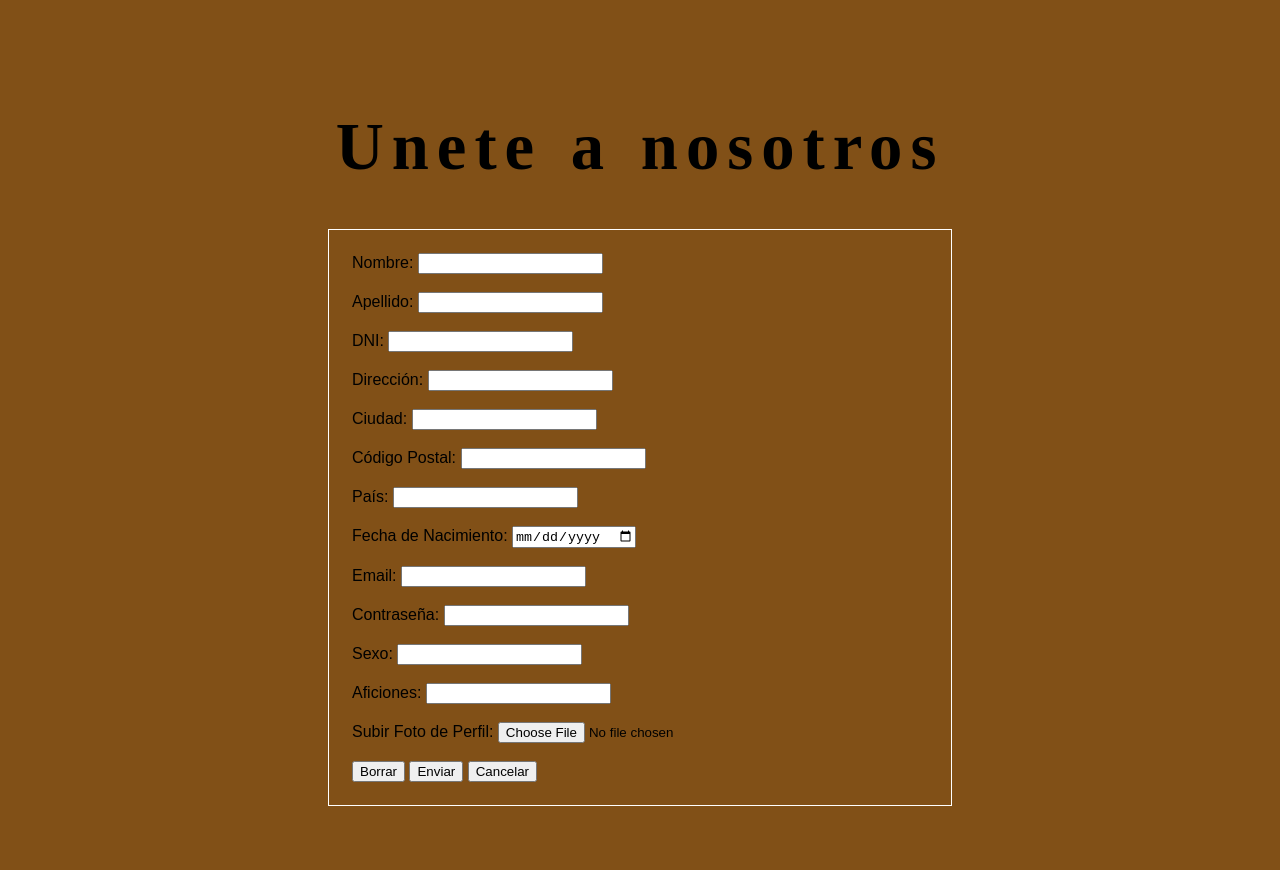
Repository: demoniers/demonIers.github.io
Page: web-lenguajes/src/singin.html
An editor plug-in stored every save of this project. The page is shown before and after the next save, followed by the edit.
The browser window is 1280 px wide. The pictures show the whole page.
Some web fonts or font styles are not loaded; a fallback is used.

Above is the page before, as saved 2025-01-24 11:52:00.

### web-lenguajes/src/singin.html
<!DOCTYPE html>
<html lang="es">
<head>
    <meta charset="UTF-8">
    <meta name="viewport" content="width=device-width, initial-scale=1.0">
    <title>Formulario de Registro</title>
    <link rel="stylesheet" href="../style/style.css">
</head>
<body>
    <div class="form">
        <h1 class="titulo-centrado">Unete a nosotros</h1>
        <div class="formulario">
            <form action="../index.html" method="post">
                <label for="nombre">Nombre:</label>
                <input type="text" id="nombre" name="nombre" required><br><br>

                <label for="apellido">Apellido:</label>
                <input type="text" id="apellido" name="apellido" required><br><br>

                <label for="dni">DNI:</label>
                <input type="text" id="dni" name="dni" pattern="[0-9]{8}[A-Z]{1}" required><br><br>

                <label for="direccion">Dirección:</label>
                <input type="text" id="direccion" name="direccion" pattern="C/ .+ nº [0-9]+" required><br><br>

                <label for="ciudad">Ciudad:</label>
                <input type="text" id="ciudad" name="ciudad" required><br><br>

                <label for="cod_postal">Código Postal:</label>
                <input type="text" id="cod_postal" name="cod_postal" list="cod_postal_list" maxlength="5" required>
                <datalist id="cod_postal_list">
                    <option value="28001">
                    <option value="08002">
                    <option value="41003">
                    <option value="50004">
                    <option value="35005">
                </datalist><br><br>

                <label for="pais">País:</label>
                <input type="text" id="pais" name="pais" required><br><br>

                <label for="f_nacimiento">Fecha de Nacimiento:</label>
                <input type="date" id="f_nacimiento" name="f_nacimiento" required><br><br>

                <label for="email">Email:</label>
                <input type="email" id="email" name="email" pattern=".+@[a-z]+\.es" required><br><br>

                <label for="contrasena">Contraseña:</label>
                <input type="password" id="contrasena" name="contrasena" pattern="_[a-z]{7}_[a-z0-9]{5}&[0-9]{2}        " required><br><br>

                <label for="sexo">Sexo:</label>
                <input type="text" id="sexo" name="sexo" required><br><br>

                <label for="aficiones">Aficiones:</label>
                <input type="text" id="aficiones" name="aficiones" list="aficiones_list" required>
                <datalist id="aficiones_list">
                    <option value="Lectura">
                    <option value="Deportes">
                    <option value="Música">
                    <option value="Viajar">
                </datalist><br><br>

                <label for="foto">Subir Foto de Perfil:</label>
                <input type="file" id="foto" name="foto" accept="image/*" required><br><br>

                <button type="reset">Borrar</button>
                <button type="submit">Enviar</button>
                <button type="button" onclick="window.location.href='../index.html'">Cancelar</button>
            </form>
        </div>
    </div>
</body>
</html>

### web-lenguajes/style/style.css
body {
    margin: 0;
    font-family: Arial, sans-serif;
    display: flex;
    flex-direction: column;
    align-items: center;
    background-color: #815017;
}

@font-face {
    font-family: "Overcooked";
    src: url("https://db.onlinewebfonts.com/t/4d9ee5a678d899047a987f0408b4b052.eot");
    src: url("https://db.onlinewebfonts.com/t/4d9ee5a678d899047a987f0408b4b052.eot?#iefix")format("embedded-opentype"),
    url("https://db.onlinewebfonts.com/t/4d9ee5a678d899047a987f0408b4b052.woff2")format("woff2"),
    url("https://db.onlinewebfonts.com/t/4d9ee5a678d899047a987f0408b4b052.woff")format("woff"),
    url("https://db.onlinewebfonts.com/t/4d9ee5a678d899047a987f0408b4b052.ttf")format("truetype"),
    url("https://db.onlinewebfonts.com/t/4d9ee5a678d899047a987f0408b4b052.svg#Overcooked")format("svg");
}
.titulo-centrado {
    font-family: "Overcooked";
    text-align: center;
    word-spacing: 4px;
    letter-spacing: 8px;
    font-size: 50pt;
}
/* menu superior */
.header {
    position: fixed;
    top: 0;
    width: 100%;
    background-color: #57330b;
    color: #d39f64;
    text-align: center;
    padding: 10px 0;
    z-index: 1000;
}

.header nav a {
    margin: 0 15px;
    text-decoration: none;
    font-size: 18px;
}

.header nav ul li {
    display: inline-block;
    position: relative;
}

.logo-r {
    float: left;
    width: 3%;
    margin-left: 2%;
}

nav ul li a {
    display: block;
    padding: 8px 16px;
    text-decoration: none;
    color: #d39f64;
}

nav ul li ul {
    display: none;
    position: absolute;
    top: 100%;
    left: 0;
    box-shadow: 0px 4px 8px rgba(0, 0, 0, 0.3);
}

nav ul li:hover ul {
    display: block;
}
.subitemul {
    text-align: center;
    background-color:#6b43159c;
}
.subitemul:hover {
    background-color: #d39f646c;
    color: #6b4315;
}

/*###############################################################################*/

.container {
    display: grid;
    justify-content: space-between;
    width: 72%;
    margin-bottom: 70px;
}

/* ### CENTRO PAGINA PRINCIPAL ###*/
.content {
    background-image: url("../img/fondo.png");
    background-size: cover;
    background-repeat: no-repeat;
    flex-grow: 1;
    padding: 0;
    display: flex;
}

/* caja central y animacion */
.bienvenida {
    display: flex;
    align-items: center;
    width: 100%;
    padding: 25%;
    margin: 0;
    text-align: center;
    animation-name: agrandar-texto;
    animation-duration: 3s;
    animation-fill-mode: forwards;
}

@keyframes agrandar-texto {
    0% {
        background-color: #00000000;
        color: #d39f6400;
    }

    100% {
        background-color: rgba(0, 0, 0, 0.400);
        color: #d39f64;
    }
}

/* #################################################### */
.bienvenida button {
    background-color: #000000;
    color: #d39f64;
    width: 25%;
    padding: 2%;
    text-align: center;
}

.bienvenida a {
    text-decoration: none;
}

/* Barras laterales*/
.sidebar {
    width: 10%;
    padding: 2%;
    background-color: #815017;
    height: 1000px;
}

.cuerpo {
    color: #d39f64;
}

.caja-publi {
    border: #d39f6486 double 3px;
    margin-top: 35%;
    width: fit-content;
}

.caja-publi img {
    margin-top: 5%;
    width: 95%;
    height: 300px;
}

.derecha {
    position: fixed;
    right: 0%;
}

.izquierda {
    position: fixed;
    left: 0%;
}

.footer {
    background-color: #57330b;
    color: #d39f64;
    text-align: center;
    height: 50px;
    padding: 10px;
    position: fixed;
    bottom: 0;
    width: 100%;
}


/* HORARIO */
table {
    animation: ampli-table forwards 5s;
}
@keyframes ampli-table {
    0% {
        width: 0%;
        margin-right: 0%;
    }
    25% {margin-right:25%;}
    50% {margin-right:50%;}
    75% {margin-right:25%;}
    100% {
        width: 50%;
        margin-right: auto;
    }

}
table {
    margin: auto;
    border-collapse: collapse;
    font-size: 18px;
    text-align: left;
}

th, td {
    padding: 12px;
    border: 1px solid #ddd;
}

th {
    background-color: #f2f2f2;
}

.table-header {
    text-align: center;
    font-size: 24px;
    animation: colorhead forwards 5s;
}
@keyframes colorhead {
    0% {
        background-color: #a0662400;
        color: black
    ;}
    100% {
        background-color: #a06624;
        color: white;
    }

}
.form {
    margin: 5%;
    width: 90%;
}
.Formulario {
    margin: 5%;
    width: 75%;
    border: solid #d39f64 1px;
}

/* ####### FORMULARIO ############ */
.formulario {
    border: solid 1px white;
    margin: auto;
    width: 50%;
    padding: 2%;
    display: flex;
}
.formulario form input, .formulario form label {
    margin: auto;
    justify-self: center;
}

After the next save:
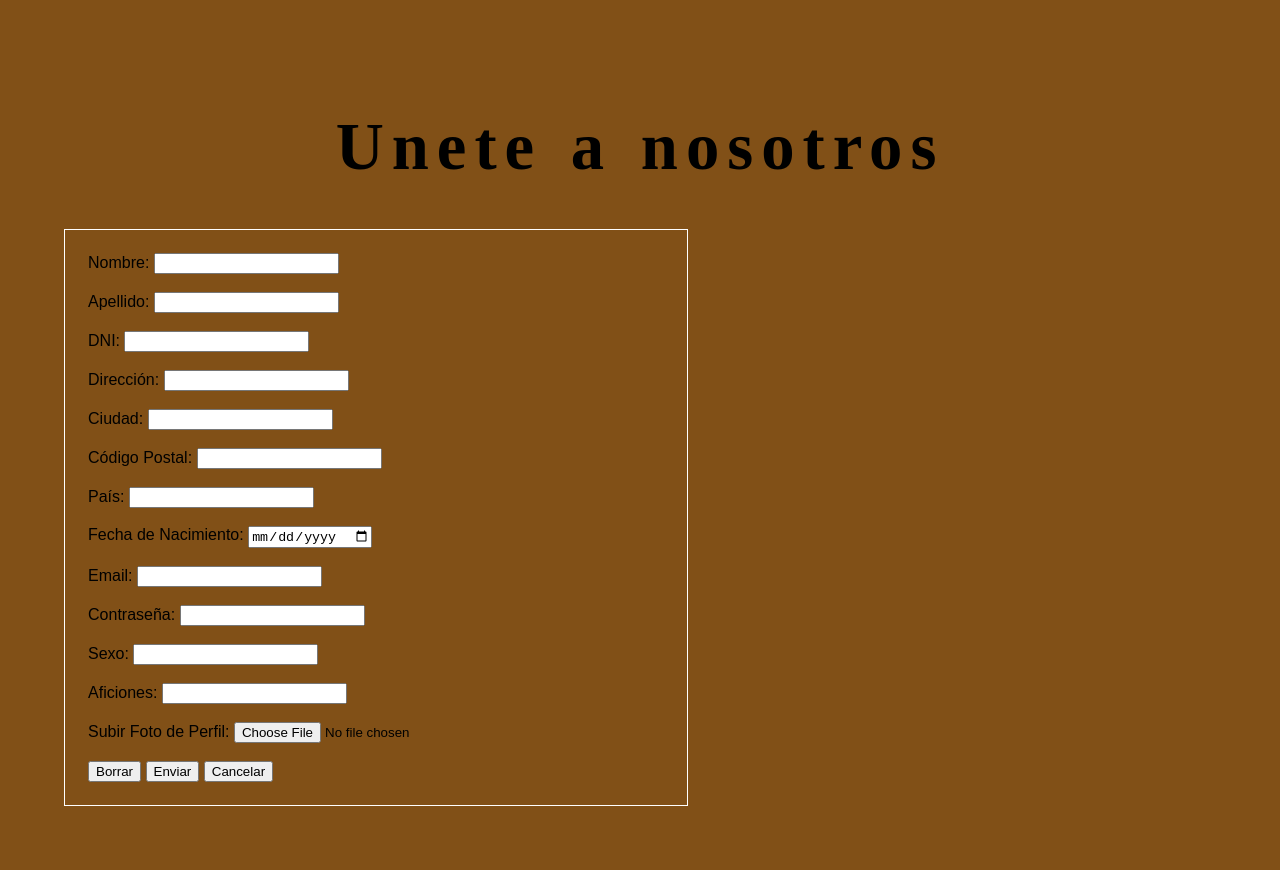
Saved 21 s later.
--- a/web-lenguajes/style/style.css
+++ b/web-lenguajes/style/style.css
@@ -245,12 +245,10 @@
 /* ####### FORMULARIO ############ */
 .formulario {
     border: solid 1px white;
-    margin: auto;
     width: 50%;
     padding: 2%;
     display: flex;
 }
 .formulario form input, .formulario form label {
-    margin: auto;
     justify-self: center;
 }

After the save that followed:
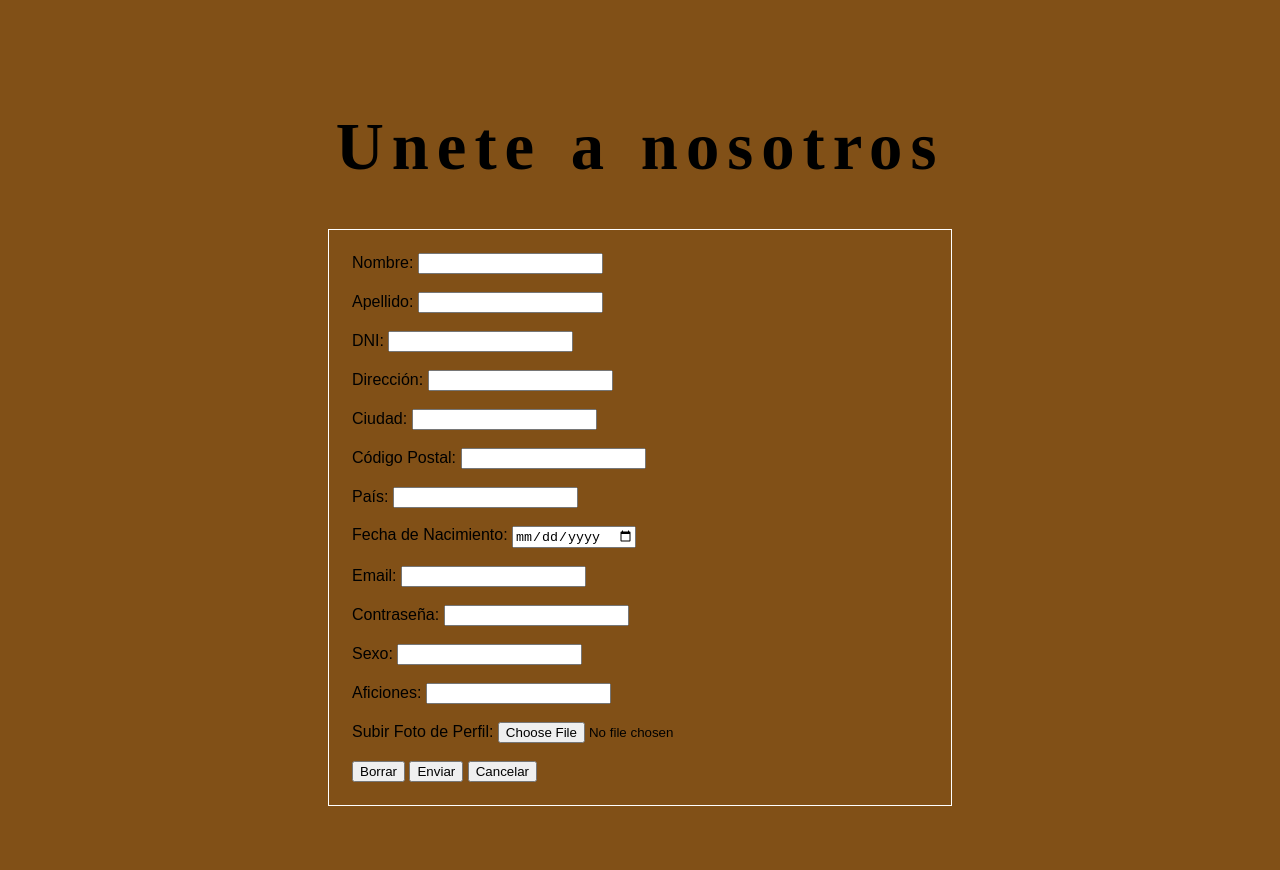
Saved 5 s later.
--- a/web-lenguajes/style/style.css
+++ b/web-lenguajes/style/style.css
@@ -245,6 +245,7 @@
 /* ####### FORMULARIO ############ */
 .formulario {
     border: solid 1px white;
+    margin: auto;
     width: 50%;
     padding: 2%;
     display: flex;
